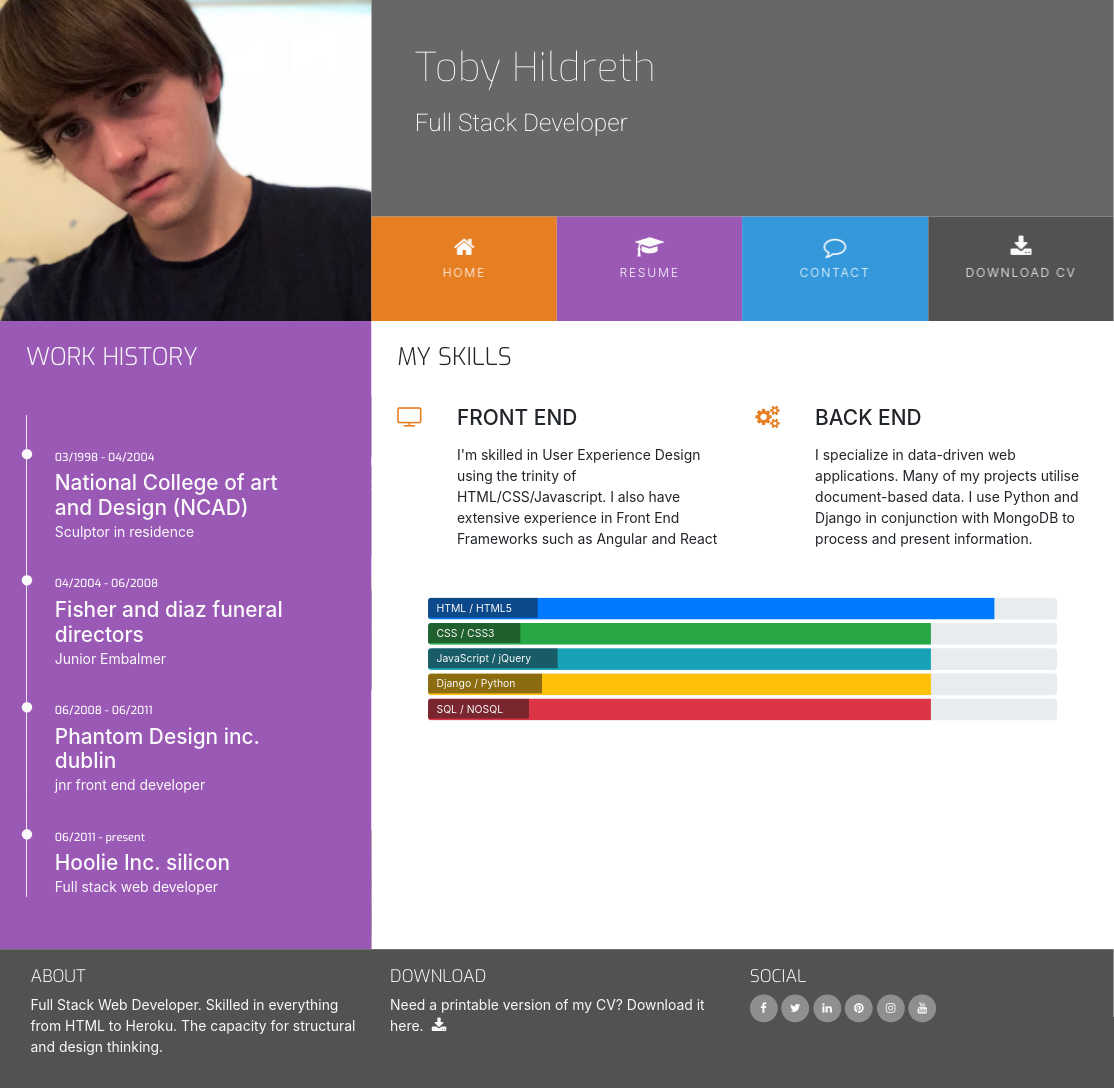
Repository: radioactivetux9/test
Page: resume.html
The author's editor kept a record of every edit. The page is drawn from the files as they stood at one moment, then again after the next edit.
The browser window is 1280 px wide. The pictures show the whole page, at 87% of full size.
Some web libraries are served in a nearby version.

Above is the page before.

After the next edit:
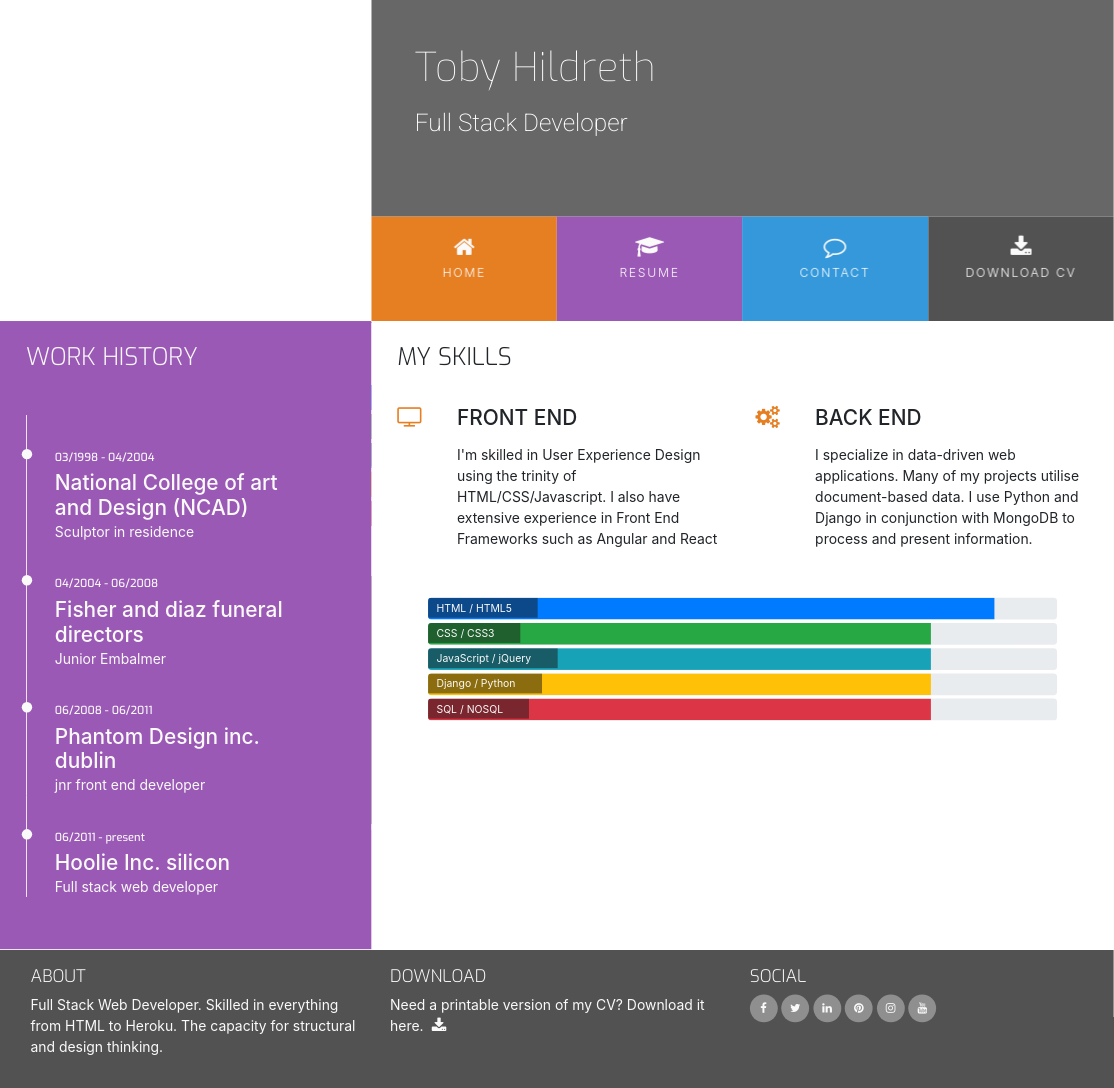
The edit:
--- a/assets/css/style.css
+++ b/assets/css/style.css
@@ -93,7 +93,7 @@
 }
 
 .logo {
-    background: url("/assets/images/UNADJUSTEDNONRAW_thumb_15f.jpg");
+    background: url("");
     background-position: center;
     background-repeat: no-repeat;
     background-size: cover;
